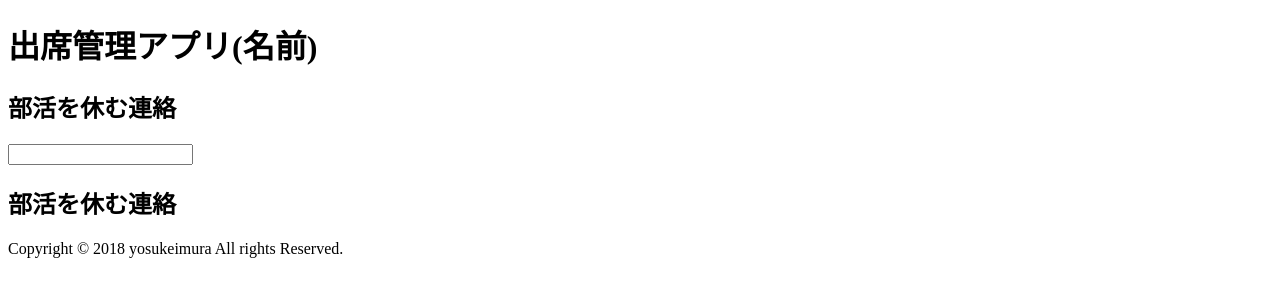
Repository: yousukeimura/attend_app
Page: absent/index.html
The author's editor kept a record of every edit. The page is drawn from the files as they stood at one moment, then again after the next edit.
The browser window is 1280 px wide. The pictures show the whole page.

Above is the page before.

### absent/index.html
<!DOCTYPE html>
<html lang=ja>
  <head>
    <meta charset="utf-8">
  	<meta http-equiv="X-UA-Compatible" content="IE=edge">
  	<link rel="stylesheet" href="jquery.datetimepicker.css">
  	<script src="jquery.js"></script>
    <script src="jquery.datetimepicker.full.min.js"></script>
  	<meta name="viewport" content="width=device-width, initial-scale=1">
  	<title>出席管理アプリ</title>
  </head>
  <body>
    <h1>出席管理アプリ(名前)</h1>
    <h2>部活を休む連絡</h2>
    <input type="text" id="datetimepicker"/>
    <h2>部活を休む連絡</h2>
    <footer class="footer">
    	 <div class="container">
    	   <p class="text-muted text-center">Copyright © 2018 yosukeimura All rights Reserved.</p>
    	  </div>
    	</footer>

  <script>
    $('#datetimepicker').datetimepicker();
  </script>
  </body>
</html>

Loaded but not shown: absent/jquery.datetimepicker.css (library); absent/jquery.js (library); absent/jquery.datetimepicker.full.min.js (library)

After the next edit:
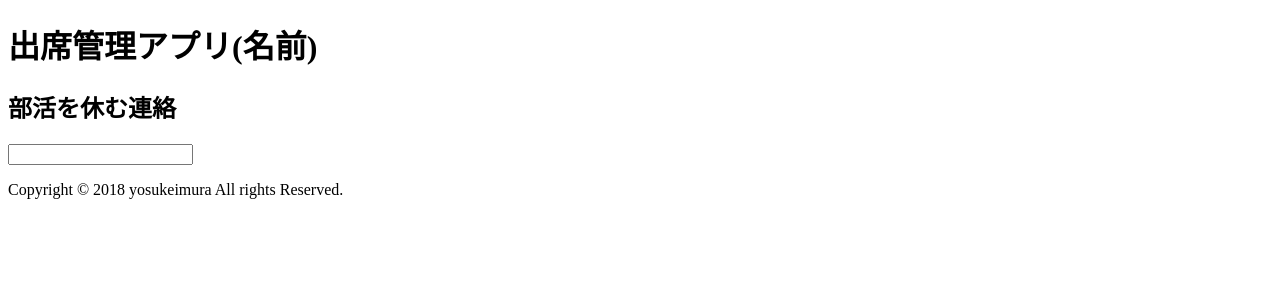
The edit:
--- a/absent/index.html
+++ b/absent/index.html
@@ -13,7 +13,6 @@
     <h1>出席管理アプリ(名前)</h1>
     <h2>部活を休む連絡</h2>
     <input type="text" id="datetimepicker"/>
-    <h2>部活を休む連絡</h2>
     <footer class="footer">
     	 <div class="container">
     	   <p class="text-muted text-center">Copyright © 2018 yosukeimura All rights Reserved.</p>
